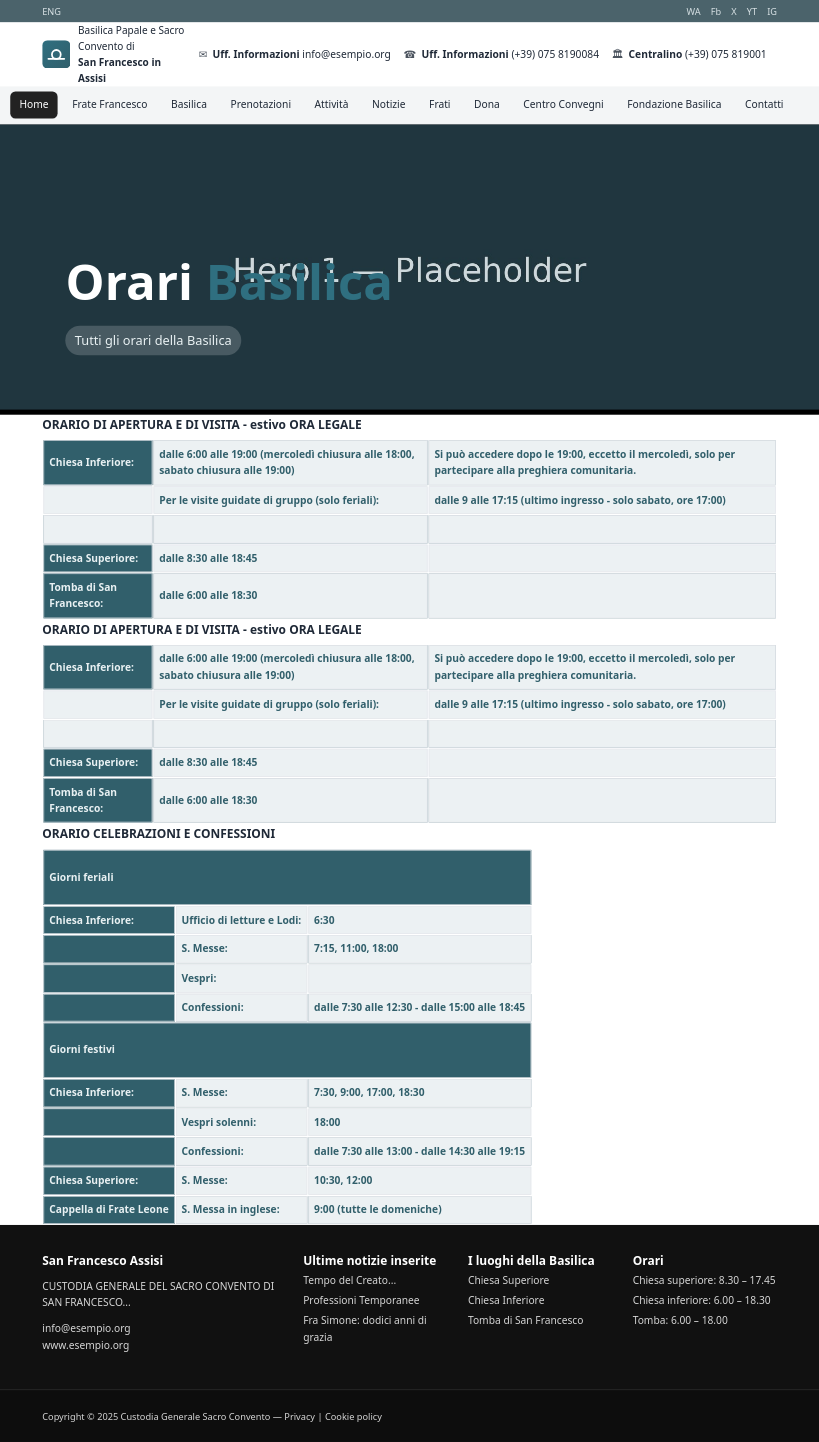
Repository: leacappello/basilica-platform-project
Page: pages/orari.html
The author's editor kept a copy of each file at every save. The page is drawn from the files as they stood at one save, then again after the next save.
The browser window is 1280 px wide. The pictures show the whole page, at 64% of full size.

Above is the page before, as saved 2025-09-15 12:27:29.
Console error (its wording comes from the project's code and is left out).

After the next save:
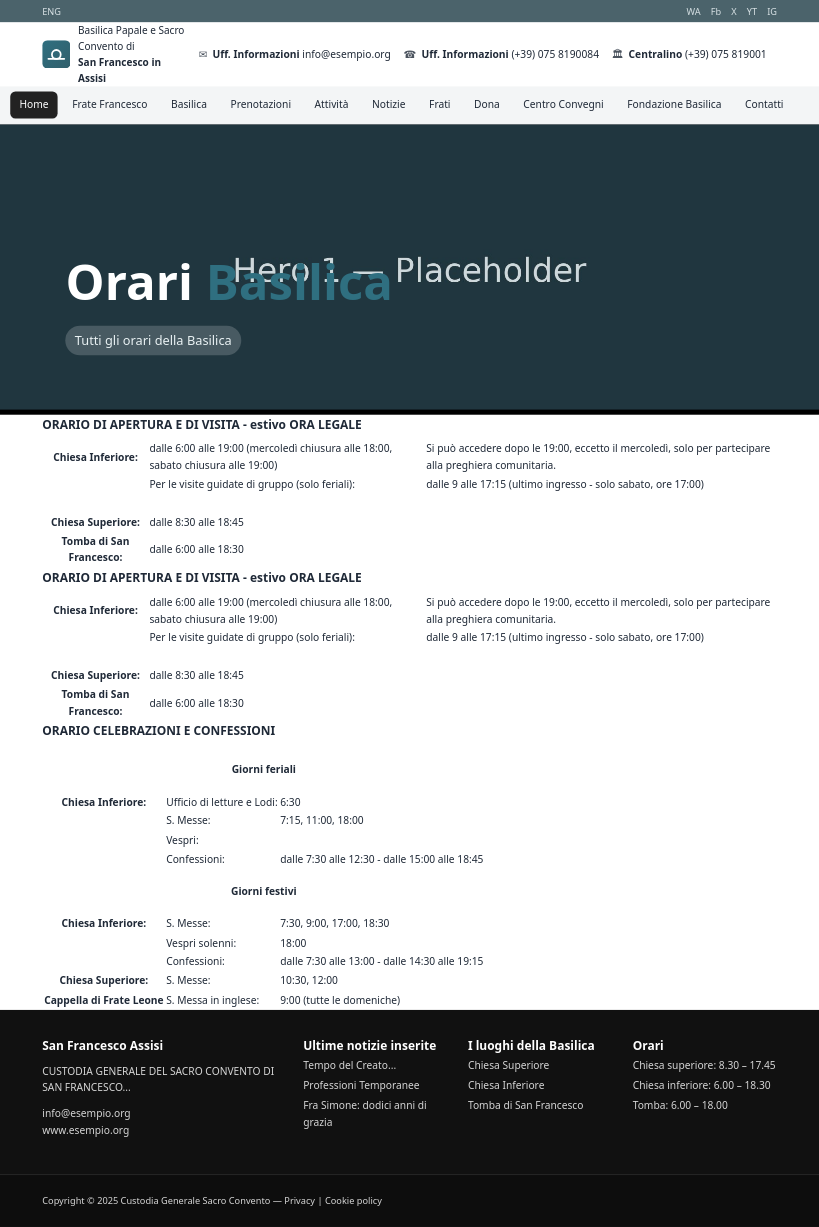
Saved 16 s later.
--- a/assets/styles.css
+++ b/assets/styles.css
@@ -219,31 +219,4 @@ a:hover{text-decoration:underline}
   border:1px solid var(--border)
 }
 
-.orari th, .orari td{
-  padding:.5rem;
-  border:1px solid var(--border);
-
-}
-
-.orari th{
-  background:#315f6b;
-  color:#e9f1f3;
-  font-weight:600;
-  text-align:left;
-}
-
-.orari td{
-  background:#ecf1f3;
-  color:#315f6b;
-  font-weight:600;
-  text-align:left;
-}
-
-.orari tr:nth-child(even){
-  background:#ecf1f3;
-}
-
-.orari tr:nth-child(odd){
-  background:#315f6b;
-}
 /* ============== Tabella Orari ============== */
